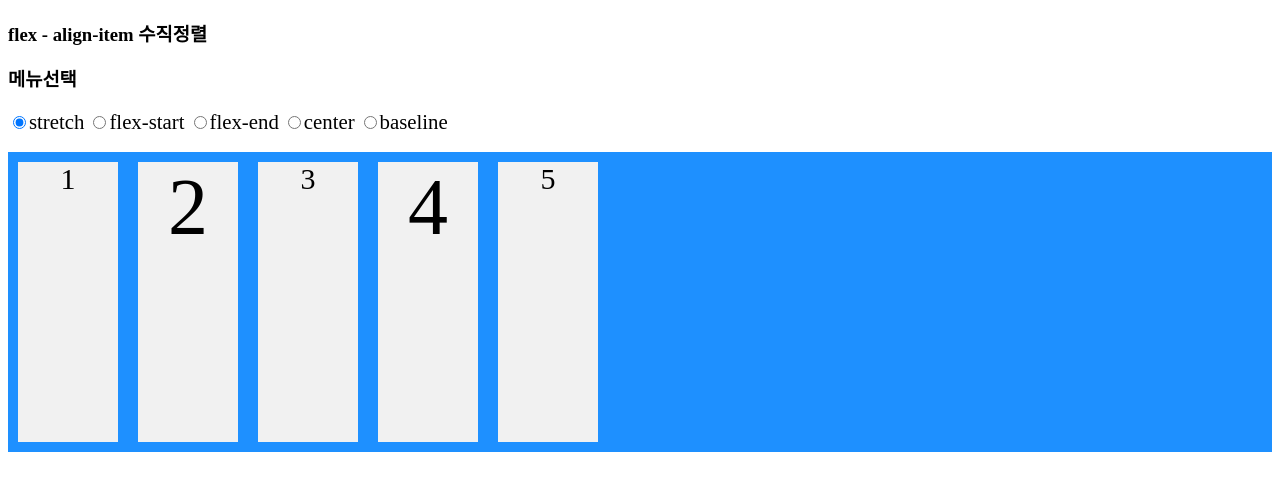
Repository: seonyeob94/BasicWeb
Page: webpro/src/main/webapp/0314/flex_수직정렬.html
These files come from the project's save history. The page is drawn as it stood at one moment and after the next save; the edit follows.
The browser window is 1280 px wide. The pictures show the whole page.

Above is the page before, as saved 2025-03-14 01:07:30.

After the next save:
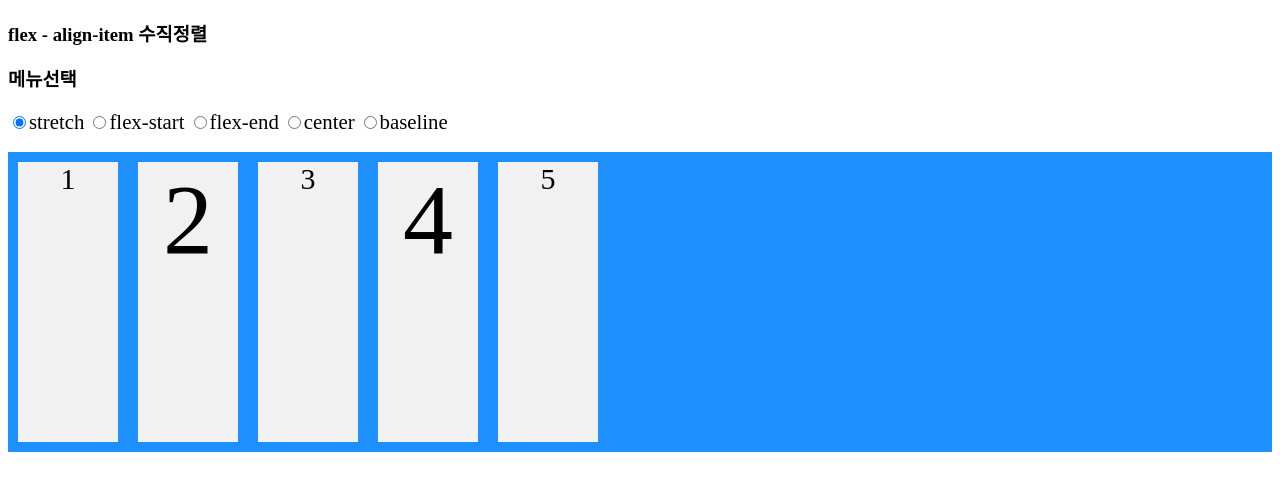
Saved 57 s later.
--- a/webpro/src/main/webapp/0314/flex_수직정렬.html
+++ b/webpro/src/main/webapp/0314/flex_수직정렬.html
@@ -23,7 +23,7 @@
   font-size: 1.3rem;
 }
 #container div:nth-child(2n){
-  font-size: 80px;
+  font-size: 100px;
 }
 </style>
 <script type="text/javascript">

After the save that followed:
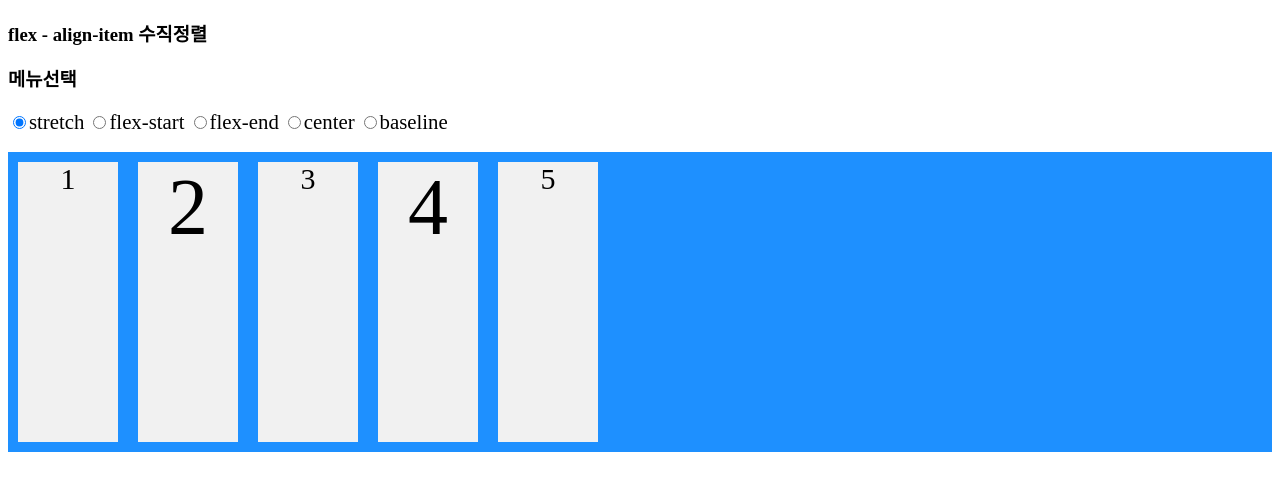
Saved 11 s later.
--- a/webpro/src/main/webapp/0314/flex_수직정렬.html
+++ b/webpro/src/main/webapp/0314/flex_수직정렬.html
@@ -23,7 +23,7 @@
   font-size: 1.3rem;
 }
 #container div:nth-child(2n){
-  font-size: 100px;
+  font-size: 80px;
 }
 </style>
 <script type="text/javascript">
